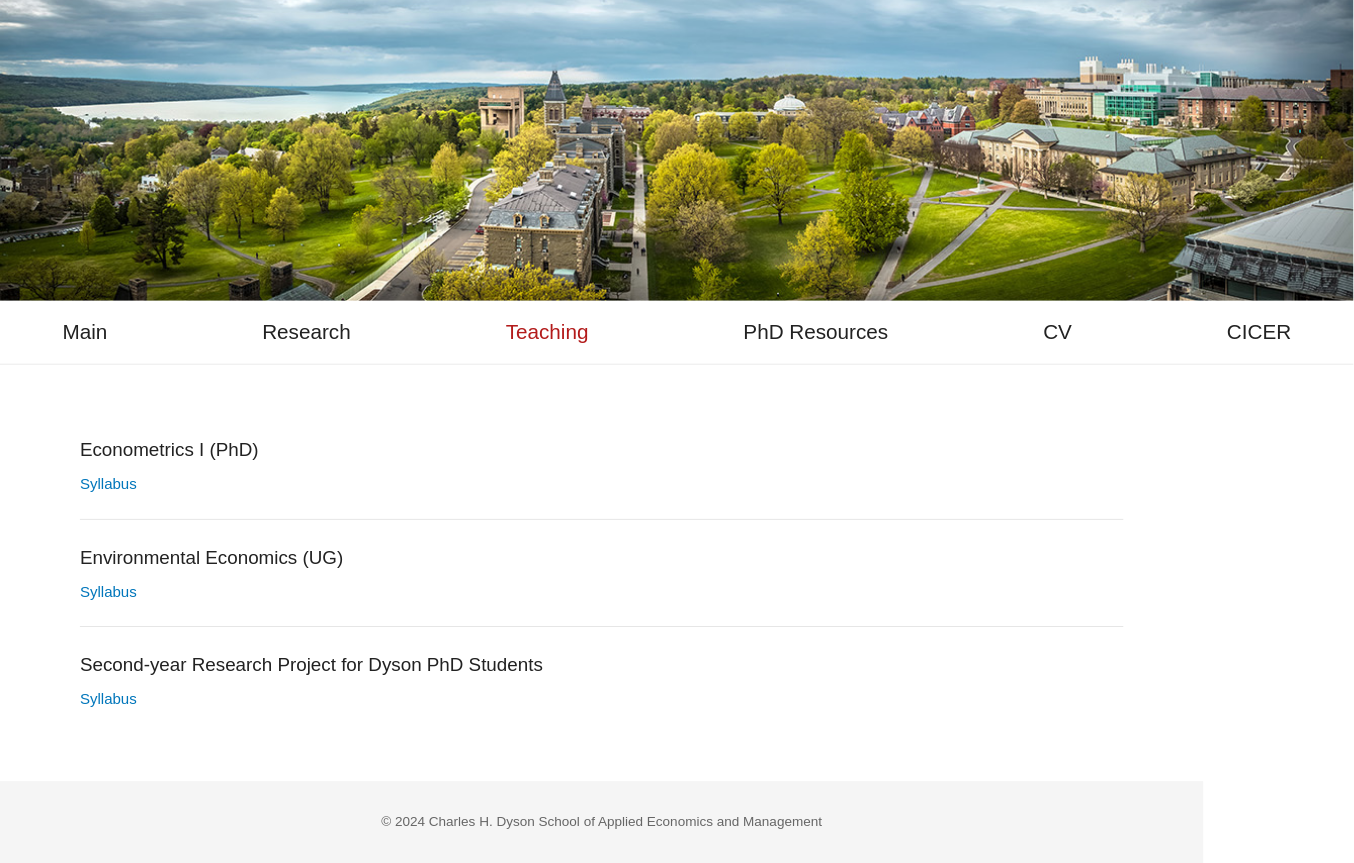
Repository: huang-heavenly-Emperor/k1_project
Page: teaching.html
An editor plug-in stored every save of this project. The page is shown before and after the next save, followed by the edit.
The browser window is 1280 px wide. The page is 1440 px wide, so the pictures cover 1440 px, including what lies to the right of the window. The pictures show the whole page, at 94% of full size.

Above is the page before, as saved 2024-11-17 15:04:21.

After the next save:
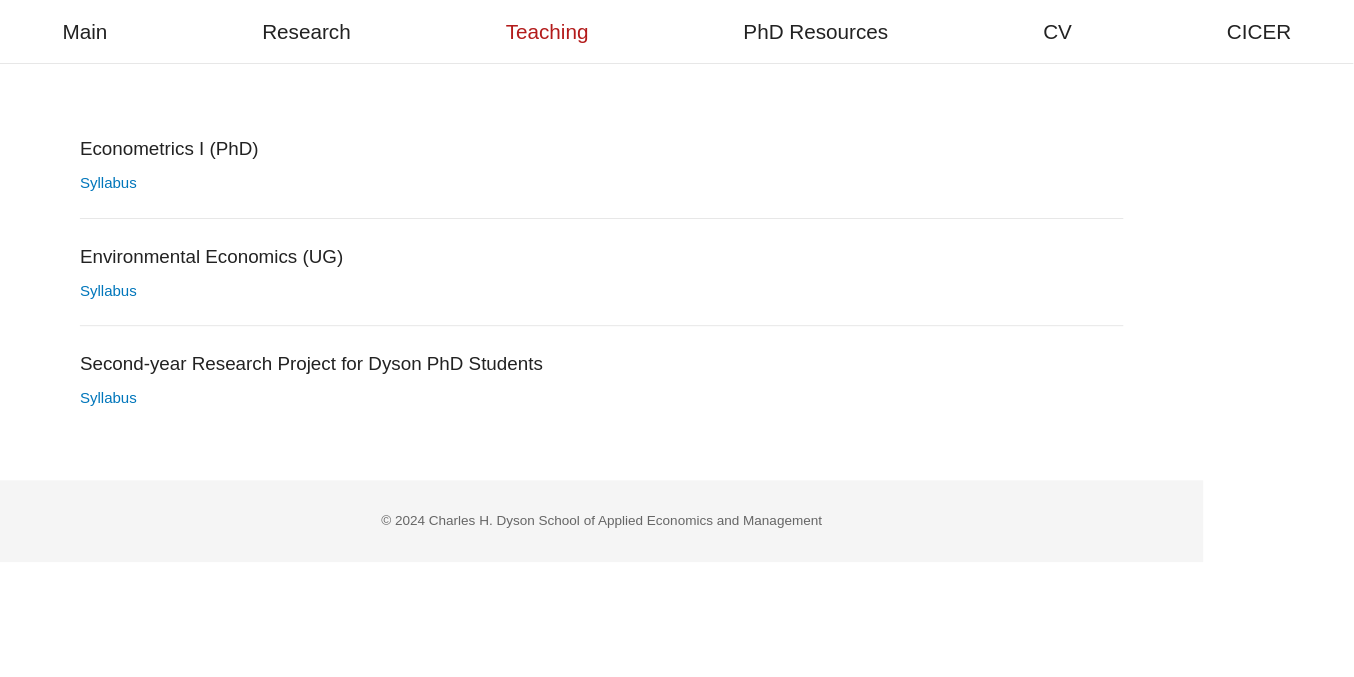
Saved 4 s later.
--- a/teaching.html
+++ b/teaching.html
@@ -12,10 +12,6 @@
 
 <body>
     <header class="site-header">
-        <div class="banner">
-            <img src="images/Cornell University Ithaca Campus.jpg" alt="Cornell University Campus Panorama"
-                class="banner-img">
-        </div>
         <nav class="main-nav">
             <div class="nav-container">
                 <ul class="nav-list">
